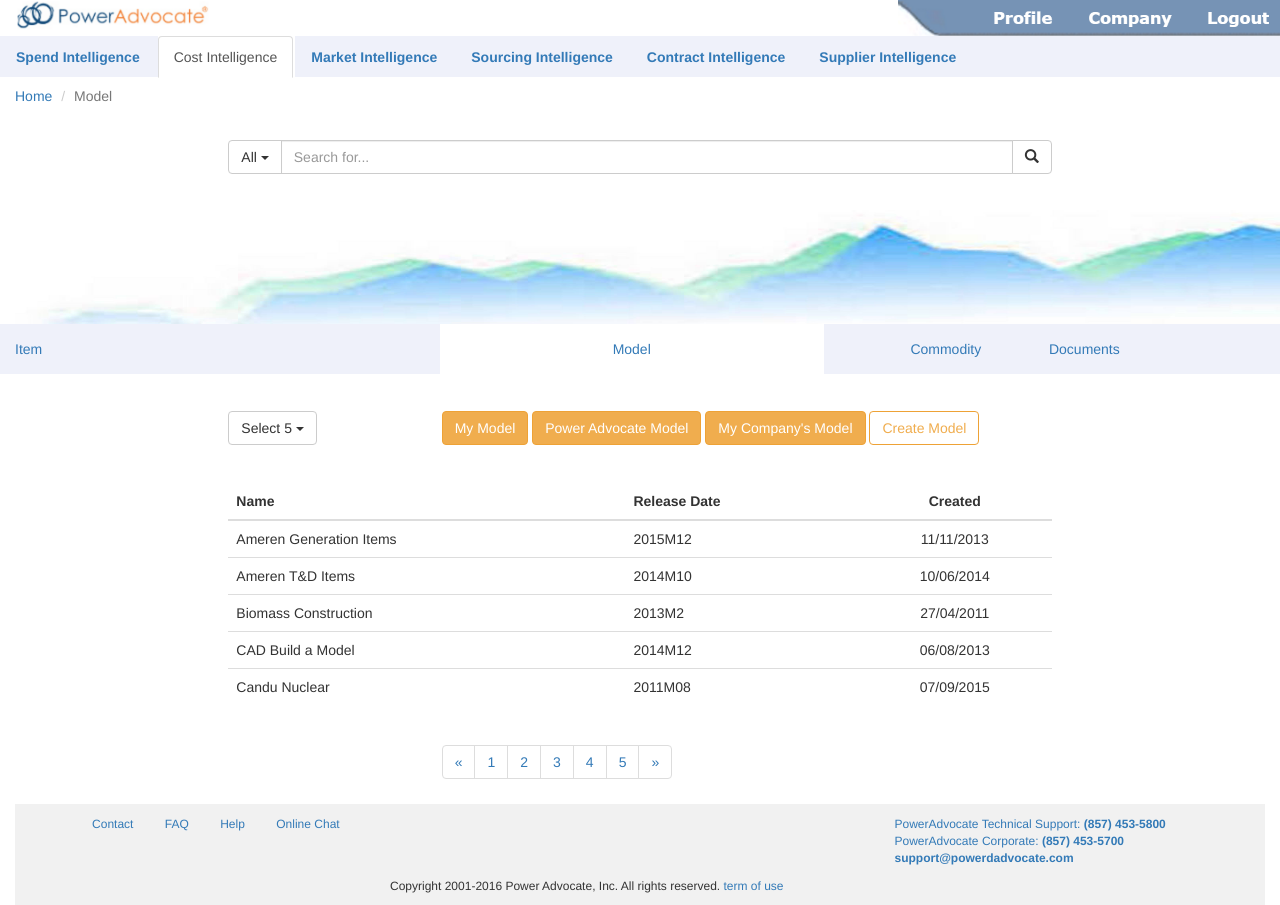
Repository: SamiraMansouri/PowerAdvocate-CostIntelligence-Application-new-Design-using-UserExperience-Method-
Page: http://localhost/PowerAdvocate/WEB-INF/views/home.jsp
These files come from the project's save history. The page is drawn as it stood at one moment and after the next save; the edit follows.
The browser window is 1280 px wide. The pictures show the whole page.
The page is served by Tomcat 9. Nobody is signed in. Other server files are loaded and not shown. The template is opened directly, without the code that normally fills it, so the values that code supplies are empty.

Above is the page before, as saved 2016-04-25 02:07:43.

### PowerAdvocate-Prototype/PowerAdvocate/src/main/webapp/WEB-INF/views/home.jsp
<!DOCTYPE html>
<html lang="en">
<head>
<title>Model</title>
<meta charset="utf-8">
<meta name="viewport" content="width=device-width, initial-scale=1">
<link rel="stylesheet"
	href="http://maxcdn.bootstrapcdn.com/bootstrap/3.3.6/css/bootstrap.min.css">
<script
	src="https://ajax.googleapis.com/ajax/libs/jquery/1.12.0/jquery.min.js"></script>
<script
	src="http://maxcdn.bootstrapcdn.com/bootstrap/3.3.6/js/bootstrap.min.js"></script>
</head>
<style>
.nav .navbar-nav>li>a:hover, .navbar-default .navbar-nav>li>a:focus {
	color: #ffff; /*Sets the text hover color on navbar*/
}

.nav .nav-tabs>.active>a, .nav .nav-tabs>.active>a:hover, .nav .nav-tabs>.active>a:focus
	{
	color: black; /*BACKGROUND color for active*/
	background-color: red;
}

.nav {
	background-color: #eff1fa;
	border-color: white;
}

.nav>li>a:hover, .nav>li>a:focus {
	text-decoration: none;
	background-color: silver; /*Change rollover cell color here*/
}

.navbar-default .navbar-nav>li>a {
	color: white; /*Change active text color here*/
}

.top-buffer {
	margin-top: 3%;
}

.nav .nav-tabs {
	display: inline-block;
	float: none;
	vertical-align: top;
}

.nav .navbar-collapse {
	text-align: center;
}

#bs-example-navbar-collapse-1 {
	padding: 0;
}

lineblue {
	border-bottom: 5pt solid black;
}

.navbar-nav {
	width: 100%;
	text-align: center; > li { float : none;
	display: inline-block;
}

}
.active {
	background-color: #fff;
}

.btn-warning.btn-outline {
	color: #f0ad4e;
}

.btn-warning.btn-outline:hover {
	color: #fff;
}

.btn-outline {
	background-color: transparent;
	color: inherit;
	transition: all .5s;
}

.footer {
	background-color: #F1F1F1;
	padding-top: 1%;
	font-size: 12px;
}

#col1 li {
	display: inline;
	text-decoration: none;
	padding-left: 5%;
}

#col1 ul {
	padding-left: 0;
}

#col2 li {
	text-decoration: none;
	padding-left: 35%;
	list-style-type: none;
}
.image
{
padding-right:0;

}
</style>
<body>

	<div class="container-fluid">
		<div class="row">
			<div class="col-md-4 ">
				<img src="resources/img/pa.png" alt="logo"
					style="width: 50%; height: 30%;">
			</div>
			<div class="col-md-8 image">
				<span class="pull-right "> <img src="resources/img/menu.png"
					class="pull-right " alt="logo" style="width: 60%; height: 30%;">
				</span>
			</div>
		</div>

		<!--end of row-->
		<div class="row">
			<ul class="nav nav-tabs">
				<li role="presentation"><a href="#"><b>Spend
							Intelligence</b></a></li>
				<li role="presentation" class="active"><a href="#">Cost
						Intelligence</a></li>
				<li role="presentation"><a href="#"><b>Market
							Intelligence</b></a></li>
				<li role="presentation"><a href="#"><b>Sourcing
							Intelligence</b></a></li>
				<li role="presentation"><a href="#"><b>Contract
							Intelligence</b></a></li>
				<li role="presentation"><a href="#"><b>Supplier
							Intelligence</b></a></li>
			</ul>
		</div>
		<!--end of row-->

		<div class="row">
			<ol class="breadcrumb"
				style="margin-bottom: 2%; background-color: #fff;">
				<li><a href="#">Home</a></li>
				<li class="active">Model</li>
			</ol>
		</div>
		<!-- bread crumb -->

		<div class="row">
			<div class="col-lg-2"></div>
			<div class="col-lg-8">
				<div class="input-group">
					<div class="input-group-btn">
						<button type="button" class="btn btn-default dropdown-toggle"
							data-toggle="dropdown" aria-haspopup="true" aria-expanded="false">
							All <span class="caret"></span>
						</button>
						<ul class="dropdown-menu">
							<li><a href="#">All</a></li>
							<li role="separator" class="divider"></li>
							<li><a href="#">Model</a></li>
							<li><a href="#">Item</a></li>
							<li><a href="#">Commodity</a></li>
						</ul>
					</div>
					<!-- btn-group -->

					<input type="text" class="form-control" placeholder="Search for..." />
					<span class="input-group-btn">
						<button class="btn btn-default" type="button">
							<span class="glyphicon glyphicon-search" aria-hidden="true"></span>
						</button>
					</span>
				</div>
				<!-- /input-group -->
			</div>
			<!-- lg-8 -->
			<div class="col-lg-2"></div>
		</div>
		<!-- /row -->

		<div class="row">
			<div class="col-md-12 image">
				<img  src="resources/img/a.jpeg" alt="logo"
					style="width: 100%; height: 150px;">
			</div>
		</div>
		<!-- row -->

		<div class="row">
			<div class=" collapse navbar-collapse "
				id="bs-example-navbar-collapse-1">
				<ul class="nav navbar-nav">
				<li><a href="#"></a></li>
				<li><a href="#"></a></li>
				<li><a href="#"></a></li>
				<li><a href="#"></a></li>
				<li><a href="#"></a></li>
				<li><a href="#"></a></li>
				<li><a href="#"></a></li>
				<li><a href="#"></a></li>
					<li class="active" style="width:30%"><a href="#" >Model</a></li>
									<li><a href="#"></a></li>
					<li class="pull-left"><a href="/prototype/Item">Item</a></li>
									<li><a href="#"></a></li>
					<li><a href="/prototype/Commodity">Commodity</a></li>
									<li><a href="#"></a></li>
					<li><a href="/prototype/Documents">Documents</a></li>
									<li><a href="#"></a></li>
				</ul>
			</div>
			<!-- /.navbar-collapse -->
		</div>

		<div class="row top-buffer ">
			<div class="col-md-2"></div>
			<div class="col-md-2">

				<div class="dropdown pull-left ">
					<button class="btn btn-default dropdown-toggle" type="button"
						id="dropdownMenu2" data-toggle="dropdown" aria-haspopup="true"
						aria-expanded="false">
						Select 5 <span class="caret"></span>
					</button>
					<ul class="dropdown-menu" aria-labelledby="dropdownMenu2">
						<li><a href="#">Select 5</a></li>
						<li><a href="#">Select 10</a></li>
						<li><a href="#">Select 50</a></li>
						<li><a href="#">Select 100</a></li>
					</ul>
				</div>
			</div>
			<div class="col-md-6 ">
				<button type="Button" class="btn btn-warning">My Model</button>
				<button type="Button" class="btn btn-warning">Power
					Advocate Model</button>
				<button type="Button" class="btn btn-warning">My Company's
					Model</button>
				<a class="btn btn-warning btn-outline ">Create Model</a>
			</div>
<div class="col-md-2"></div>
		</div>



	<div class="row top-buffer x">
		<div class="col-sm-2"></div>
		<div class="col-sm-8">
			<table class="table table-hover">
				<thead>
					<tr>
						<th>Name</th>
						<th >Release Date</th>
						<th style="text-align:center;">Created</th>
					</tr>
				</thead>
				<tbody>
					<tr>
						<td>Ameren Generation Items</td>
						<td>2015M12</td>
						<td style="text-align:center;">11/11/2013</td>
					</tr>
					<tr>
						<td>Ameren T&D Items</td>
						<td>2014M10</td>
						<td style="text-align:center;">10/06/2014</td>
					</tr>
					<tr>
						<td>Biomass Construction</td>
						<td>2013M2</td>
						<td style="text-align:center;">27/04/2011</td>
					</tr>
					<tr>
						<td>CAD Build a Model</td>
						<td>2014M12</td>
						<td style="text-align:center;">06/08/2013</td>
					</tr>
					<tr>
						<td>Candu Nuclear</td>
						<td>2011M08</td>
						<td style="text-align:center;">07/09/2015</td>
					</tr>
				</tbody>
			</table>
		</div>
		<div class="col-md-2"></div>
	</div>

	<!-- footer -->
	<div class="row">
		<div class="col-md-2"></div>
		<div class="col-md-2"></div>
		<div class="col-md-8 ">
			<nav>
				<ul class="pagination">
					<li><a href="#" aria-label="Previous"> <span
							aria-hidden="true">&laquo;</span>
					</a></li>
					<li><a href="#">1</a></li>
					<li><a href="#">2</a></li>
					<li><a href="#">3</a></li>
					<li><a href="#">4</a></li>
					<li><a href="#">5</a></li>
					<li><a href="#" aria-label="Next"> <span
							aria-hidden="true">&raquo;</span>
					</a></li>
				</ul>
			</nav>
		</div>
	</div>
	<!--pagination-->
	<!--footer-->
	<div class="footer">
		<div class="row ">
			<div class="col-md-6" id="col1" style="padding-left: 5%;">
				<ul>
					<li><a src="#"> Contact</a></li>
					<li><a src="#"> FAQ </a></li>
					<li><a src="#"> Help</a></li>
					<li><a src="#"> Online Chat</a></li>
				</ul>
			</div>

			<div class="col-md-6" id="col2">
				<ul>
					<li><a src="#"> PowerAdvocate Technical Support:<b> (857)
							453-5800</b></a></li>
					<li><a src="#"> PowerAdvocate Corporate: <b>(857) 453-5700 </b></a></li>
					<li><a src="#"><b>support@powerdadvocate.com</b> </a></li>
				</ul>
			</div>
		</div>
		<div class="row">
			<div class="col-md-12">
				<p style="padding-left: 30%;">
					Copyright 2001-2016 Power Advocate, Inc. All rights reserved.<a
						src="#"> term of use </a>
				</p>
			</div>
		</div>
	</div>
	<!-- end of footer-->


	</div>
</body>
</html>

After the next save:
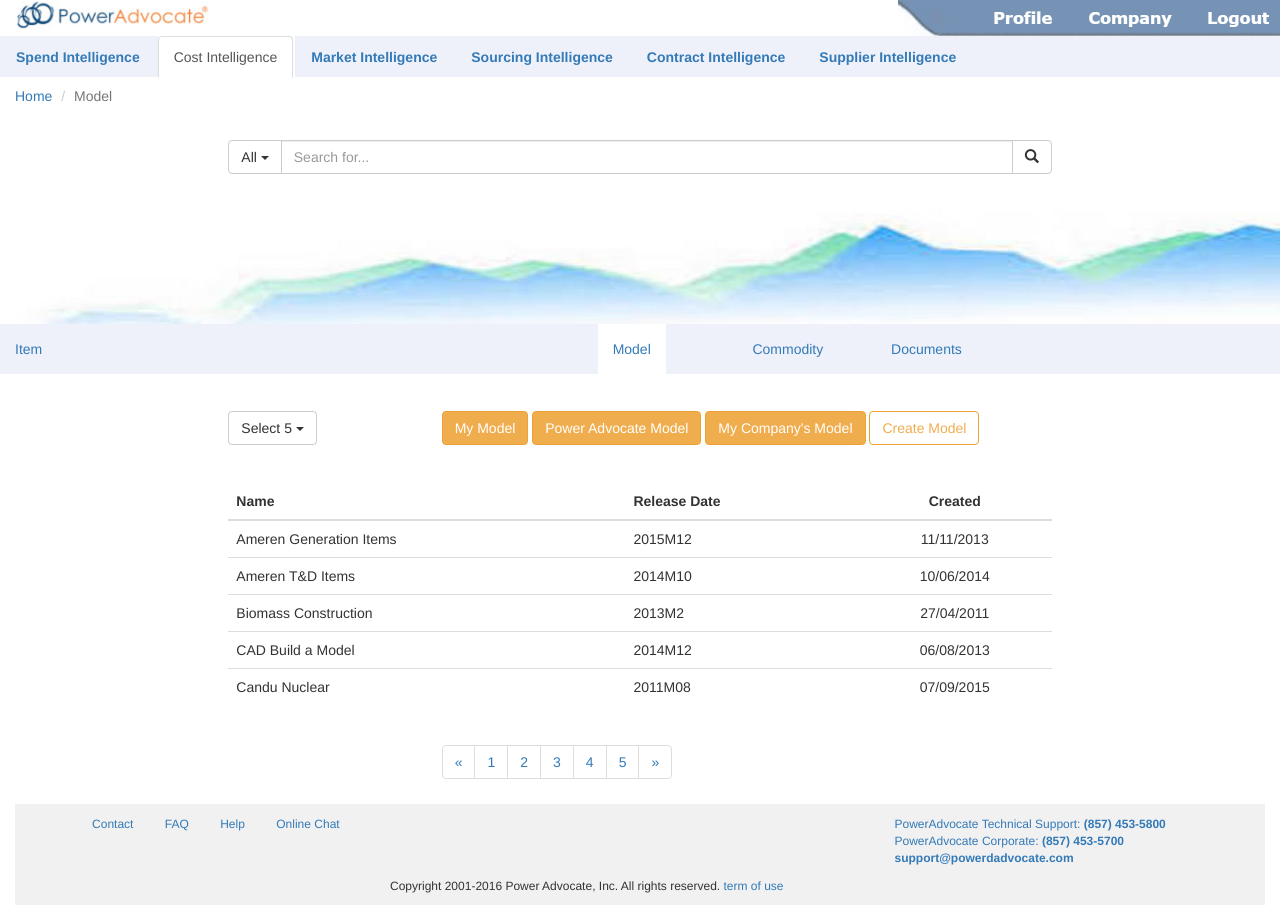
Saved 18 s later.
--- a/PowerAdvocate-Prototype/PowerAdvocate/src/main/webapp/WEB-INF/views/home.jsp
+++ b/PowerAdvocate-Prototype/PowerAdvocate/src/main/webapp/WEB-INF/views/home.jsp
@@ -206,7 +206,7 @@
 				<li><a href="#"></a></li>
 				<li><a href="#"></a></li>
 				<li><a href="#"></a></li>
-					<li class="active" style="width:30%"><a href="#" >Model</a></li>
+					<li class="active"><a href="#" >Model</a></li>
 									<li><a href="#"></a></li>
 					<li class="pull-left"><a href="/prototype/Item">Item</a></li>
 									<li><a href="#"></a></li>
